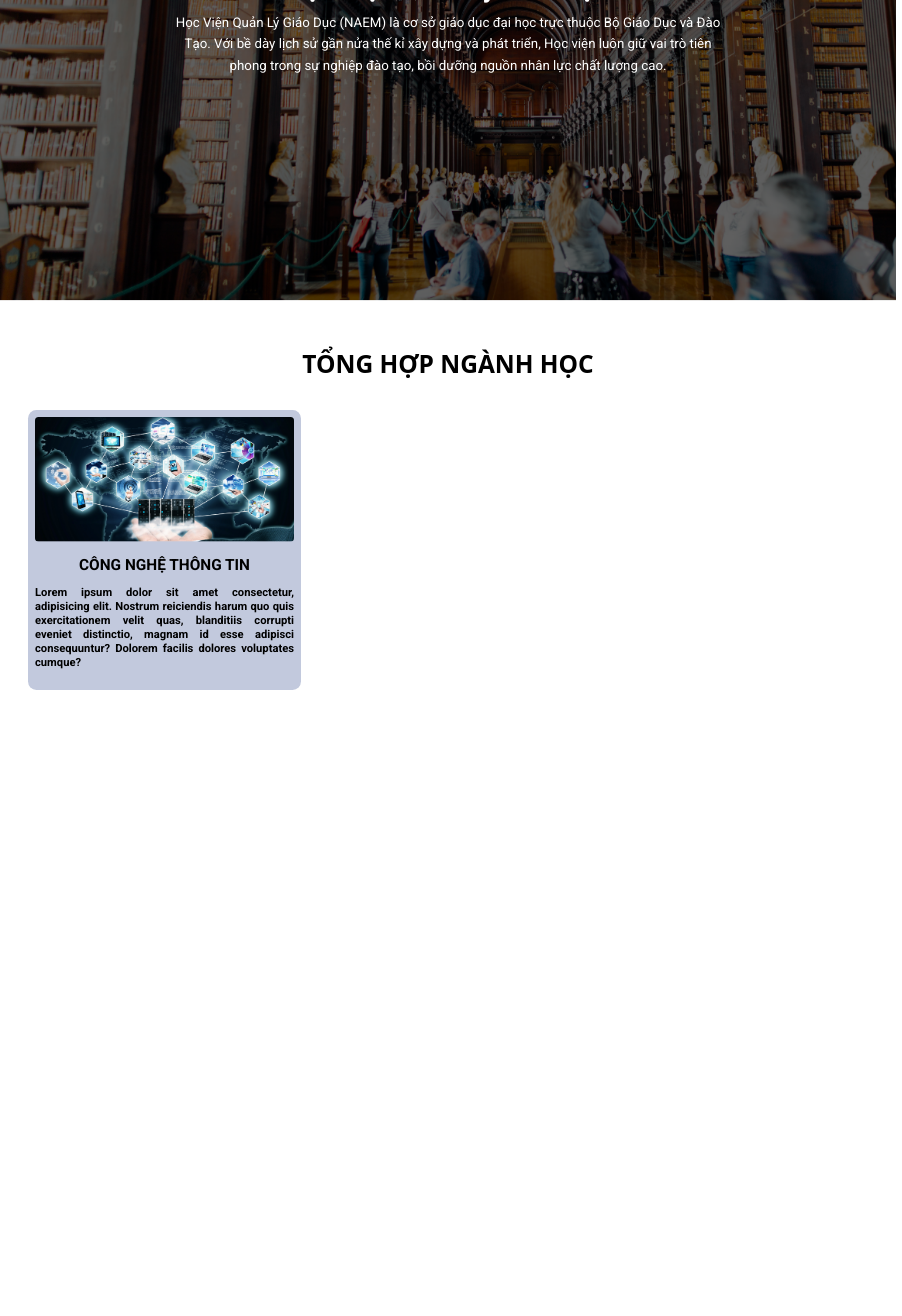
Repository: hongphuck1/trangweb1
Page: index.html
The author's editor kept a copy of each file at every save. The page is drawn from the files as they stood at one save, then again after a run of saves.
The browser window is 1280 px wide. The page is 1288 px wide, so the pictures cover 1288 px, including what lies to the right of the window. The pictures show the part of the page from y = 1494 to 3374 px (the page is 4941 px tall), at 70% of full size.

Above is the page before, as saved 2021-09-07 02:04:17.

After the next 2 saves:
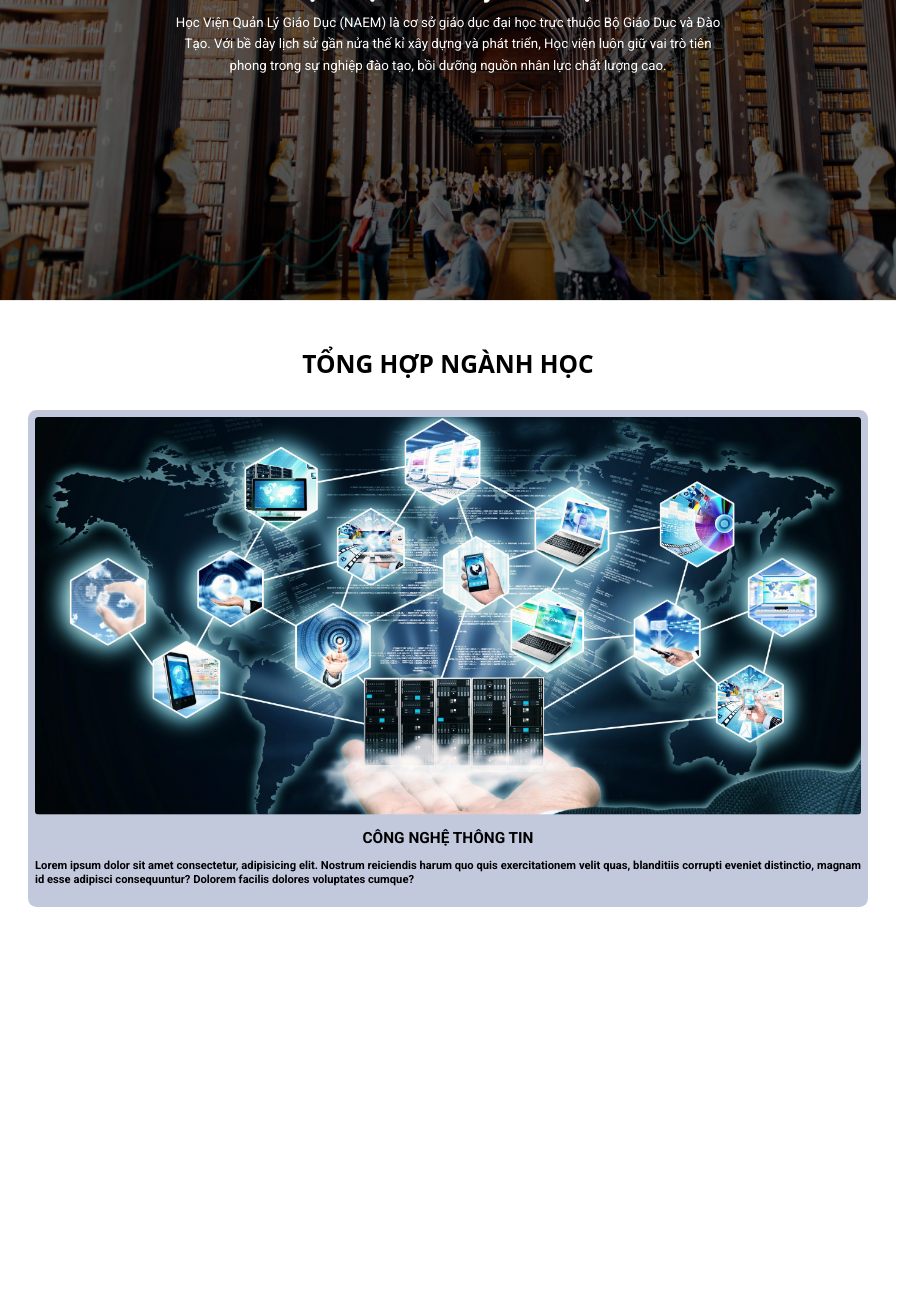
The 2 saves are shown as one change because they came seconds apart.
The last was saved 7 s later.
--- a/index.html
+++ b/index.html
@@ -239,8 +239,7 @@
                   consequuntur? Dolorem facilis dolores voluptates cumque?</h4>
               </div>
             </div>
-            <div class="col l-4"></div>
-            <div class="col l-4"></div>
+
           </div>
         </div>
 
